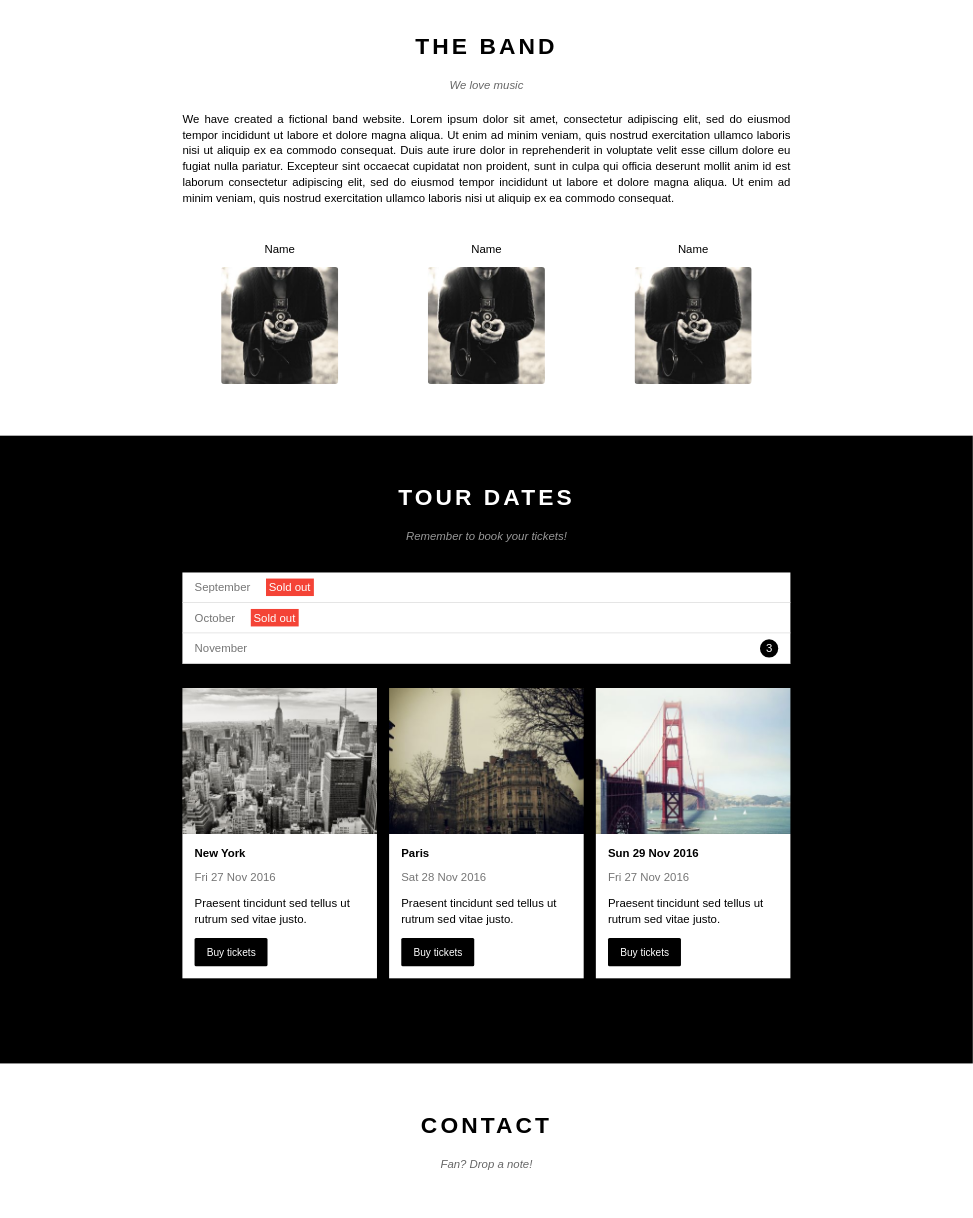
Repository: Phunobita/The-band-w3school
Page: index.html
The author's editor kept a copy of each file at every save. The page is drawn from the files as they stood at one save, then again after the next save.
The browser window is 1280 px wide. The pictures show the part of the page from y = 370 to 1973 px (the page is 1973 px tall), at 76% of full size.
A picture or video elsewhere on the page could not be fetched, so the positions and the page height are approximate.

Above is the page before, as saved 2021-12-03 15:32:17.

### index.html
<!DOCTYPE html>
<html lang="en">

<head>
    <meta charset="UTF-8">
    <meta http-equiv="X-UA-Compatible" content="IE=edge">
    <meta name="viewport" content="width=device-width, initial-scale=1.0">
    <title>The band</title>
    <link rel="stylesheet" href="./assets/fonts/themify-icons-font/themify-icons/themify-icons.css">
    <link rel="stylesheet" href="./assets/css/style.css">
</head>

<body>
    <div id="main">
        <div id="header">
            <!--Begin nav-->
            <ul id="nav">
                <li><a href="">Home</a></li>
                <li><a href="">Band</a></li>
                <li><a href="">Tour</a></li>
                <li><a href="">Contact</a></li>
                <li>
                    <a href="">
                        More
                        <i class="nav-arrow-down ti-angle-down"></i>
                    </a>
                    <ul class="subnav">
                        <li><a href="">Merchandise</a></li>
                        <li><a href="">Extras</a></li>
                        <li><a href="">Media</a></li>
                    </ul>
                </li>
            </ul>
            <!--End nav-->
            <div class="search-btn">
                <i class="search-icon ti-search"></i>
            </div>
        </div>

        <div id="slider">
            <img src="./assets/img/chicago.jpg" alt="" class="slider__img">
            <div class="text-content">
                <h2 class="heading">New York</h2>
                <div class="content">The atmosphere in New York is lorem ipsum</div>
            </div>

        </div>
        <!--About section-->
        <div id="content">
            <div class="content-section">
                <h2 class="section-heading">THE BAND</h2>
                <p class="section-sub-heading">We love music</p>
                <p class="about-text">We have created a fictional band website. Lorem ipsum dolor sit amet, consectetur
                    adipiscing elit, sed do eiusmod tempor incididunt ut labore et dolore magna aliqua. Ut enim ad minim
                    veniam, quis nostrud exercitation ullamco laboris nisi ut aliquip ex ea commodo consequat. Duis aute
                    irure dolor in reprehenderit in voluptate velit esse cillum dolore eu fugiat nulla pariatur.
                    Excepteur sint occaecat cupidatat non proident, sunt in culpa qui officia deserunt mollit anim id
                    est laborum consectetur adipiscing elit, sed do eiusmod tempor incididunt ut labore et dolore magna
                    aliqua. Ut enim ad minim veniam, quis nostrud exercitation ullamco laboris nisi ut aliquip ex ea
                    commodo consequat.</p>
                <div class=" row member-list">
                    <div class="col col-third member-item">
                        <p class="member-name">Name</p>
                        <img src="./assets/img/tv.jpg" alt="Name" class="member-img">
                    </div>
                    <div class="col col-third member-item">
                        <p class="member-name">Name</p>
                        <img src="./assets/img/tv.jpg" alt="Name" class="member-img">
                    </div>
                    <div class="col col-third member-item">
                        <p class="member-name">Name</p>
                        <img src="./assets/img/tv.jpg" alt="Name" class="member-img">
                    </div>
                    <div class="clear"></div>
                </div>
            </div>

            <!--Tour section-->
            <div class="tour__section">
                <div class="content-section">
                    <h2 class="section-heading text-white">TOUR DATES</h2>
                    <p class="section-sub-heading text-white">Remember to book your tickets!</p>

                    <ul class="ticket__list">
                        <li class="ticket__list-item">
                            September
                            <span class="sold-out">Sold out</span>
                        </li>
                        <li class="ticket__list-item">
                            October
                            <span class="sold-out">Sold out</span>
                        </li>
                        <li class="ticket__list-item">
                            November
                            <span class="quantity">3</span>
                        </li>
                    </ul>
                    <div class="row place__list">
                        <div class="col col-third ">
                            <img src="./assets/img/newyork.jpg" alt="New York" class="place__img">
                            <div class="place-body">
                                <h3 class="place-heading">New York</h3>
                                <p class="place-time">Fri 27 Nov 2016</p>
                                <p class="place-description">Praesent tincidunt sed tellus ut rutrum sed vitae justo.
                                </p>
                                <button href="#" class="place-buy-btn js-buy-ticket">Buy tickets</button>
                            </div>
                        </div>
                        <div class="col col-third ">
                            <img src="./assets/img/paris.jpg" alt="New York" class="place__img">
                            <div class="place-body">
                                <h3 class="place-heading">Paris</h3>
                                <p class="place-time">Sat 28 Nov 2016</p>
                                <p class="place-description">Praesent tincidunt sed tellus ut rutrum sed vitae justo.
                                </p>
                                <button href="#" class="place-buy-btn js-buy-ticket">Buy tickets</button>
                            </div>
                        </div>
                        <div class="col col-third ">
                            <img src="./assets/img/sanfran.jpg" alt="New York" class="place__img">
                            <div class="place-body">
                                <h3 class="place-heading">Sun 29 Nov 2016</h3>
                                <p class="place-time">Fri 27 Nov 2016</p>
                                <p class="place-description">Praesent tincidunt sed tellus ut rutrum sed vitae justo.
                                </p>
                                <button href="#" class="place-buy-btn js-buy-ticket">Buy tickets</button>
                            </div>
                        </div>
                        <div class="clear"></div>
                    </div>
                </div>
            </div>
            <!--Contact section-->
            <div class="content-section">
                <h2 class="section-heading">CONTACT</h2>
                <p class="section-sub-heading">Fan? Drop a note!</p>
            </div>

            <div id="footer">

            </div>
        </div>
        <div class="modal js-modal">
            <div class="modal-container js-modal-container">
                <div class="modal-close js-modal-close">
                    <i class="ti-close"></i>
                </div>

                <header class="modal-header">
                    <i class="modal-heading-icon ti-bag"></i>
                    Tickets
                </header>

                <div class="modal-body">
                    <label for="ticket-quantity" class="modal-label">
                        <i class="ti-shopping-cart"></i>
                        Tickets, $15 per person
                    </label>
                    <input id="ticket-quantity" type="text" class="modal-input" placeholder="How many?">

                    <label for="ticket-email" class="modal-label">
                        <i class="ti-user"></i>
                        Send To
                    </label>
                    <input id="ticket-email" type="email" class="modal-input" placeholder="Enter email">
                    <button id="buy-ticket">
                        Pay <i class="ti-check"></i>
                    </button>
                </div>
                <footer class="modal-footer">
                    <p class="modal-help">Need <a href="">help?</a></p>
                </footer>
            </div>
        </div>
    </div>

    <script>
        const buyBtns = document.querySelectorAll('.js-buy-ticket')
        const modal = document.querySelector('.js-modal')
        const modalContainer = document.querySelector('.js-modal-container')
        const modalClose = document.querySelector('.js-modal-close')

        function showBuyTickets() {
            modal.classList.add('open')
        }

        function hideBuyTickets() {
            modal.classList.remove('open')
        }

        for (const buyBtn of buyBtns) {
            buyBtn.addEventListener('click', showBuyTickets)
        }

        modalClose.addEventListener('click', hideBuyTickets)
        modal.addEventListener('click', hideBuyTickets)
        modalContainer.addEventListener('click', function (event) {
            event.stopPropagation()
        }
        )
    </script>
</body>

</html>

### assets/css/style.css
* {
  padding: 0;
  margin: 0;
  box-sizing: border-box;
}
html {
  font-family: Arial, Helvetica, sans-serif;
}
/*
1.vi tri
2. kich thuoc
3.Mau sac
4. Hinh dang
*/
.clear {
  clear: both;
}
.text-white {
  color: #fff !important;
}

.row {
  margin-left: -8px;
  margin-right: -8px;
}

.col {
  float: left;
  padding-left: 8px;
  padding-right: 8px;
}

.col-half {
  width: 50%;
}
.col-third {
  width: 33.3333%;
}
#main {
}
#header {
  height: 46px;
  background-color: black;
  position: fixed;
  top: 0;
  left: 0;
  right: 0;
  z-index: 1;
}
#nav {
  display: inline-block;
}
#nav,
.subnav {
  list-style-type: none;
}
#nav > li > a {
  color: #fff;
  text-transform: uppercase;
}
#nav li a {
  text-decoration: none;
  line-height: 46px;
  padding: 0 24px;
  display: block;
}
#nav > li:hover > a,
#nav .subnav li:hover a {
  color: black;
  background-color: #ccc;
}
#nav li:hover .subnav {
  display: block;
}
#nav > li {
  display: inline-block;
  position: relative;
}
#nav .nav-arrow-down {
  font-size: 14px;
}
#nav .subnav {
  display: none;
  min-width: 160px;
  position: absolute;
  top: 100%;
  background-color: white;
  box-shadow: 0 0 10px rgba(0, 0, 0, 0.3);
}
#nav .subnav a {
  color: black;
  padding: 0 12px;
  line-height: 38px;
}
#header .search-btn {
  float: right;
  padding: 0 21px;
  cursor: pointer;
}
#header .search-icon {
  color: #fff;
  font-size: 20px;
  line-height: 46px;
}
#header .search-btn:hover {
  background-color: #f44336;
}
#slider {
  margin-top: 46px;
  position: relative;
  background: url("/assets/img/chicago.jpg") top center / cover no-repeat;
}
#slider .text-content {
  position: absolute;
  bottom: 47px;
  color: white;
  width: 100%;
  text-align: center;
}
#silder .heading {
  font-weight: 500px;
  font-size: 24px;
}
#slider .content {
  font-size: 15px;
  margin-top: 25px;
}
#content {
}
#content .content-section {
  padding: 64px 0;
  width: 800px;
  margin-left: auto;
  margin-right: auto;
}
#content .section-heading {
  font-size: 30px;
  font-weight: 500px;
  text-align: center;
  letter-spacing: 4px;
}
#content .section-sub-heading {
  font-size: 15px;
  text-align: center;
  margin-top: 25px;
  font-style: italic;
  opacity: 0.6;
}
#content .about-text {
  margin-top: 25px;
  text-align: justify;
  line-height: 1.4;
  font-size: 15px;
}
#content .member-item {
  text-align: center;
}
#content .member-list {
  margin-top: 48px;
}
#content .member-name {
  font-size: 15px;
  margin-bottom: 15px;
}
#content .member-img {
  width: 154px;
  border-radius: 4px;
}

/* Tour section */
.tour__section {
  background-color: #000;
}

.ticket__list {
  background-color: #fff;
  margin-top: 40px;
  list-style: none;
}
.ticket__list-item {
  color: #757575;
  font-size: 15px;
  padding: 11px 16px;
  border-bottom: 1px solid #ddd;
}
.ticket__list .sold-out {
  color: #fff;
  background-color: #f44336;
  padding: 3px 4px;
  margin-left: 16px;
}
.ticket__list .quantity {
  float: right;
  width: 24px;
  height: 24px;
  background-color: #000;
  color: #fff;
  border-radius: 50%;
  text-align: center;
  line-height: 24px;
  margin-top: -3px;
}

/*  Place body*/
.place__list {
  margin-top: 32px;
  margin-bottom: 48px;
}

.place__img {
  width: 100%;
  display: block;
}
.place__img:hover {
  opacity: 0.7;
}
.place-body {
  background-color: #fff;
  padding: 16px;
  font-size: 15px;
}
.place-heading {
  font-size: 15px;
  font-weight: 600;
}
.place-time {
  margin-top: 15px;
  color: #757575;
}
.place-description {
  margin-top: 15px;
  line-height: 1.4;
}
.place-buy-btn {
  display: inline-block;
  background-color: black;
  border: none;
  color: #fff;
  text-decoration: none;
  padding: 11px 16px;
  margin-top: 15px;
  border-radius: 2px;
  cursor: pointer;
}
.place-buy-btn:hover {
  color: #000;
  background-color: #ccc;
}

/* Modal */
.modal {
  position: fixed;
  top: 0;
  left: 0;
  bottom: 0;
  right: 0;
  background-color: rgba(0, 0, 0, 0.4);
  align-items: center;
  justify-content: center;
  display: none;
}
.modal.open {
  display: flex;
}
.modal-container {
  background-color: #fff;
  width: 900px;
  max-width: calc(100% - 32px);
  min-height: 200px;
  position: relative;
  animation: modalFadeIn ease 0.5s;
}
.modal-header {
  background-color: #009688;
  height: 130px;
  display: flex;
  align-items: center;
  justify-content: center;
  font-size: 30px;
  color: #fff;
}
.modal-heading-icon {
  margin-right: 16px;
}
.modal-close {
  position: absolute;
  right: 0;
  top: 0;
  padding: 16px;
  cursor: pointer;
  color: #fff;
}
.modal-close:hover {
  background-color: #ccc;
}
.modal-body {
  padding: 16px;
}

.modal-label {
  display: block;
  font-size: 15px;
  margin-bottom: 12px;
}

.modal-input {
  border: 1px solid #ccc;
  font-size: 15px;
  width: 100%;
  padding: 10px;
  margin-bottom: 24px;
}
#buy-ticket {
  background-color: #009688;
  border: none;
  width: 100%;
  padding: 18px;
  font-size: 15px;
  color: #fff;
  text-transform: uppercase;
  font-weight: 700;
  cursor: pointer;
}
#buy-ticket:hover {
  opacity: 0.8;
}

.modal-footer {
  padding: 16px;
  text-align: right;
}
.modal-help a {
  color: #2196f3;
}
#footer {
}

@keyframes modalFadeIn {
  from {
    opacity: 0;
    transform: translateY(-150px);
  }
  to {
    opacity: 1;
    transform: translateY(0);
  }
}

Loaded but not shown: assets/fonts/themify-icons-font/themify-icons/themify-icons.css (common file)

After the next save:
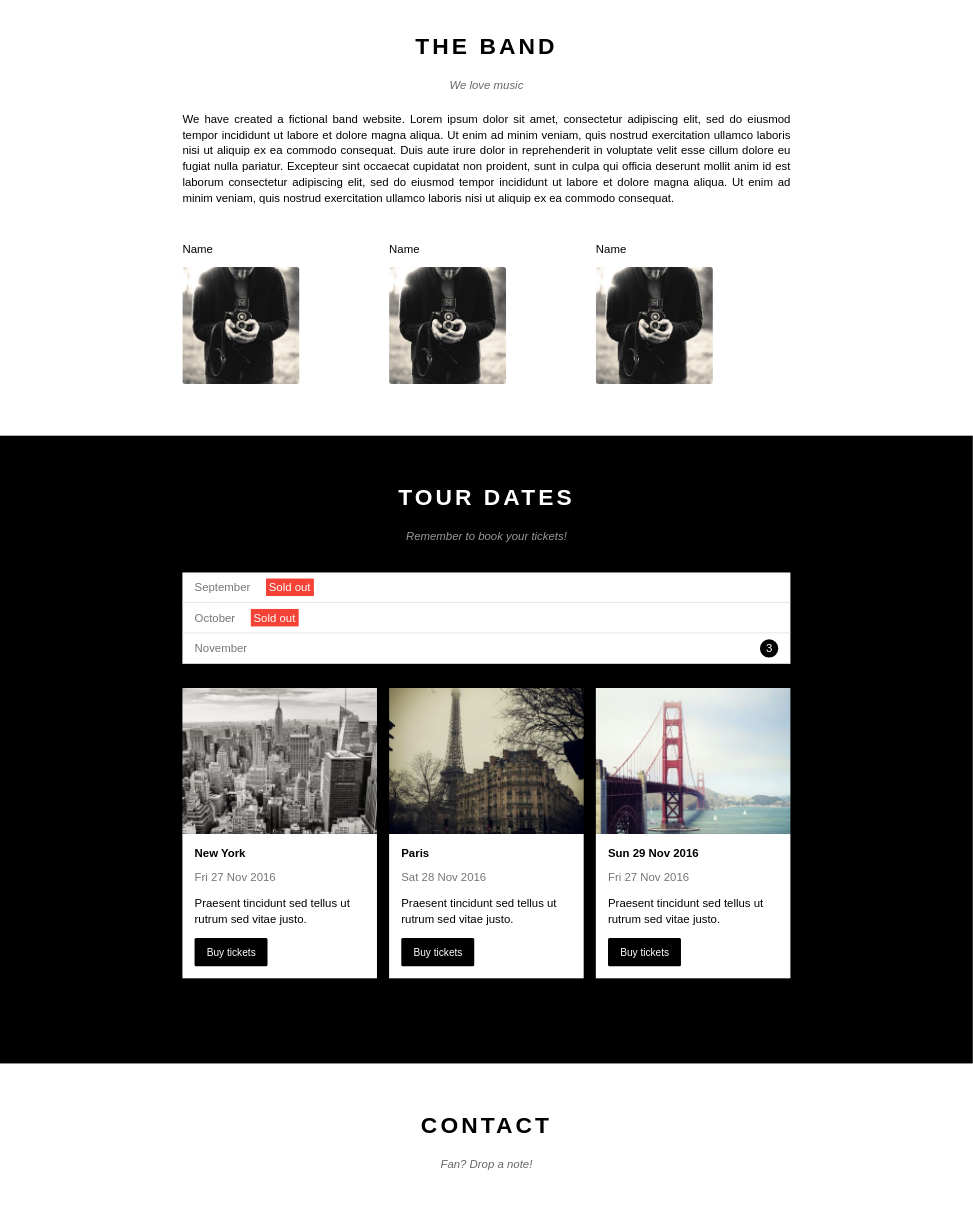
Saved 79 s later.
--- a/index.html
+++ b/index.html
@@ -59,15 +59,15 @@
                     aliqua. Ut enim ad minim veniam, quis nostrud exercitation ullamco laboris nisi ut aliquip ex ea
                     commodo consequat.</p>
                 <div class=" row member-list">
-                    <div class="col col-third member-item">
+                    <div class="col col-third text-center">
                         <p class="member-name">Name</p>
                         <img src="./assets/img/tv.jpg" alt="Name" class="member-img">
                     </div>
-                    <div class="col col-third member-item">
+                    <div class="col col-third text-center">
                         <p class="member-name">Name</p>
                         <img src="./assets/img/tv.jpg" alt="Name" class="member-img">
                     </div>
-                    <div class="col col-third member-item">
+                    <div class="col col-third text-center">
                         <p class="member-name">Name</p>
                         <img src="./assets/img/tv.jpg" alt="Name" class="member-img">
                     </div>

After the save that followed:
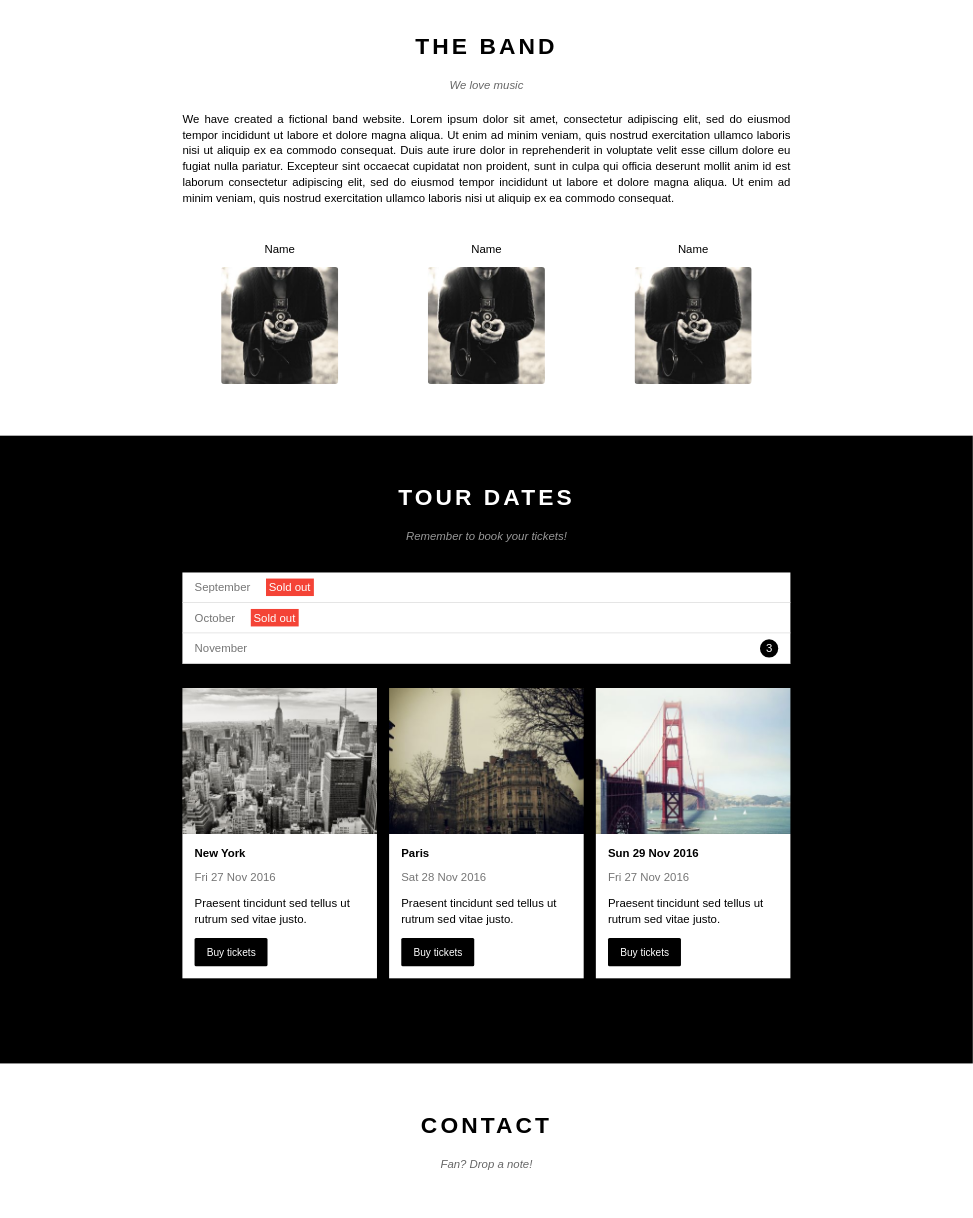
Saved 31 s later.
--- a/assets/css/style.css
+++ b/assets/css/style.css
@@ -15,10 +15,14 @@
 .clear {
   clear: both;
 }
+
 .text-white {
   color: #fff !important;
 }
 
+.text-center {
+  text-align: center !important;
+}
 .row {
   margin-left: -8px;
   margin-right: -8px;
@@ -152,9 +156,7 @@
   line-height: 1.4;
   font-size: 15px;
 }
-#content .member-item {
-  text-align: center;
-}
+
 #content .member-list {
   margin-top: 48px;
 }
